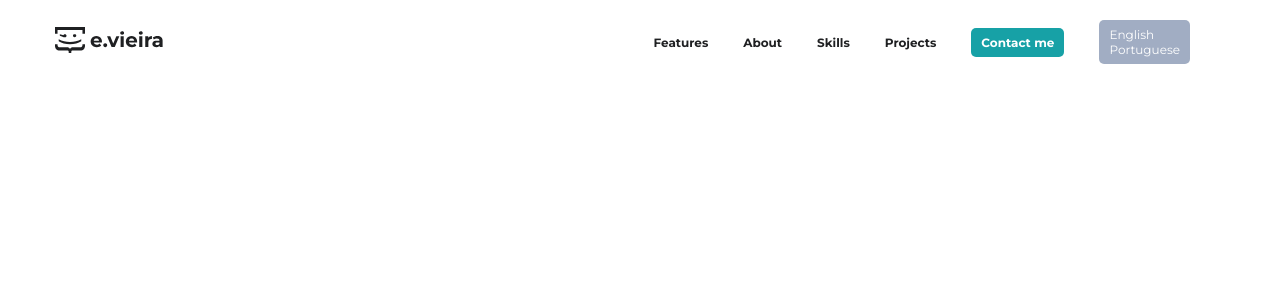
Repository: elissandrovieira/portfolio
Page: /
These files come from the project's save history. The page is drawn as it stood at one moment and after a run of saves; the edit follows.
The browser window is 1280 px wide. The pictures show the whole page.
The project was rebuilt for these pictures with package versions that can differ from the ones it lists, and the page was loaded fresh each time. The framework's server and built-in components were replaced by stand-ins that run in the browser. Also part of the build but not shown: next.config.js.

Above is the page before, as saved 2023-02-10 00:17:48.

### src/pages/_app.js
import '@/styles/globals.css'
import Head from 'next/head'

export default function App({ Component, pageProps }) {
  return (
    <>
      <Head>
        <title>Eli Vieira Portfolio</title>
        <meta name="viewport" content="width=device-width, initial-scale=1" />
        <link rel="icon" href="/favicon.ico" />
      </Head>
      <Component {...pageProps} />
    </>
  )
}

### src/pages/index.js
import TemplateDefault from '../templates/Default'

export default function Home() {
  return (
    <TemplateDefault>


    </TemplateDefault>
  )
}

### src/styles/globals.css
@import url('https://fonts.googleapis.com/css2?family=Montserrat:wght@400;700;900&display=swap');

*{
  margin: 0;
  padding: 0;
  box-sizing: border-box;
}

body{
  font-family: 'Montserrat', sans-serif;
  color: #1F2022;
}

### src/templates/Default.js
import Header from '../components/Header'

const Default = ({ children }) => {

  return (
    <>
      <Header />
      {children}
    </>
  )
}

export default Default

### src/components/Header.js
import Image from 'next/image'
import Link from 'next/link'
import styled from 'styled-components'

const Container = styled.div`
  display: flex;
  align-items: center;
  justify-content: space-between;
  max-width: 1170px;
  margin: 20px auto 0 auto;
`
const Menu = styled.ul`
  display: flex;
  align-items: center;
  font-size: 12px;
  font-weight: 700;
`
const MenuLinks = styled.li`
  list-style: none;
  margin-right: 35px;
  cursor: pointer;
`
const ContactBtn = styled.button`
background-color: #17A1A6;
font-family: 'Montserrat', sans-serif;
font-size: 12px;
font-weight: 700;
color: white;
padding: 7px 10px;
border: none;
border-radius: 5px;
cursor: pointer;

`
const Languages = styled.div`
background-color: #A1ADC3;
font-family: 'Montserrat', sans-serif;
font-size: 12px;
font-weight: 700;
color: white;
padding: 7px 10px;
border-radius: 5px;
cursor: pointer;

  select{
    border: none;
    background: transparent;
  }
`

const Header = () => {
  console.log(Languages.value)
  return (
    <Container className="mainContainer">
      <Link href="/">
        <Image
        src="/logo.svg"
        alt="eli.vieira logo"
        width={109}
        height={26}
        />
      </Link>
      <nav>
        <Menu>
          <Link href="#features" legacyBehavior>
            <MenuLinks>Features</MenuLinks>
          </Link>
          <Link href="#about" legacyBehavior>
            <MenuLinks>About</MenuLinks>
          </Link>
          <Link href="#skills" legacyBehavior>
            <MenuLinks>Skills</MenuLinks>
          </Link>
          <Link href="#projects" legacyBehavior>
            <MenuLinks>Projects</MenuLinks>
          </Link>
          <Link href="#contact" legacyBehavior>
            <MenuLinks>
              <ContactBtn>Contact me</ContactBtn>
            </MenuLinks>
          </Link>
          <MenuLinks>
            <Languages>
              <option value="en">English</option>
              <option value="pt">Portuguese</option>
            </Languages>
          </MenuLinks>

        </Menu>
      </nav>
    </Container>
  )
}

export default Header

Loaded but not shown: src/pages/_document.js (common file)

After the next 2 saves:
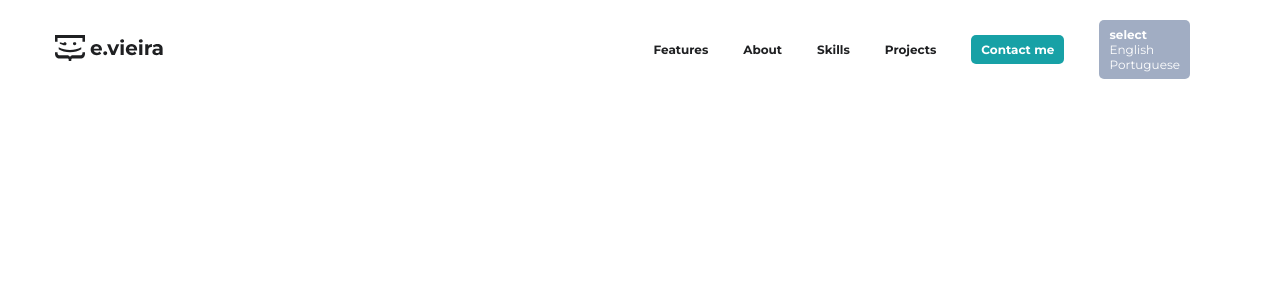
The 2 saves are shown as one change because they came seconds apart.
The last was saved 17 s later.
--- a/src/components/Header.js
+++ b/src/components/Header.js
@@ -81,6 +81,7 @@
           </Link>
           <MenuLinks>
             <Languages>
+              select
               <option value="en">English</option>
               <option value="pt">Portuguese</option>
             </Languages>
